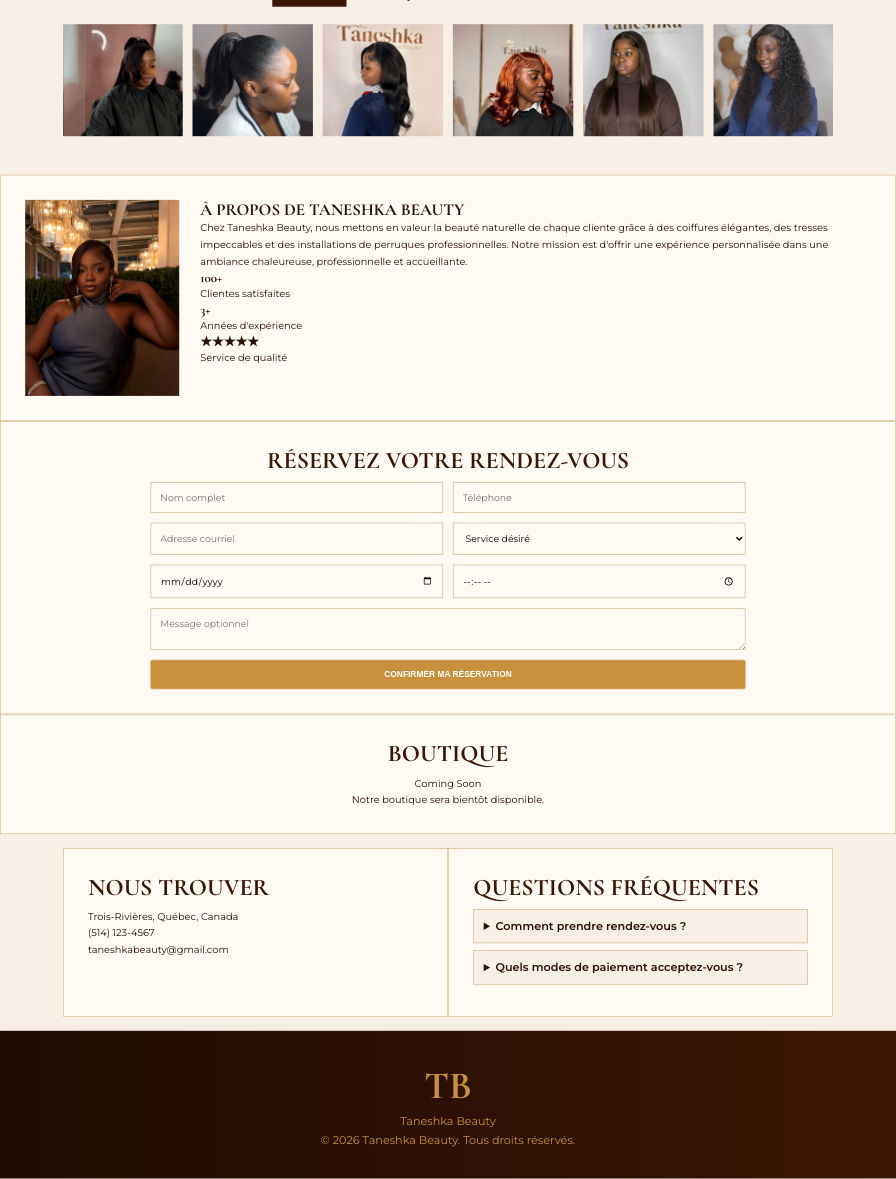
Repository: kngnepi/Taneshka-Beauty-House
Page: index.html
The author's editor kept a copy of each file at every save. The page is drawn from the files as they stood at one save, then again after the next save.
The browser window is 1280 px wide. The pictures show the part of the page from y = 1461 to 3381 px (the page is 3145 px tall before and 3437 px after), at 70% of full size.

Above is the page before, as saved 2026-06-24 22:13:35.

### index.html
<!DOCTYPE html>
<html lang="fr">
<head>
  <meta charset="UTF-8" />
  <meta name="viewport" content="width=device-width, initial-scale=1.0" />
  <title>Taneshka Beauty</title>
  <link rel="stylesheet" href="style.css" />
</head>
<body>

  <!-- NAVBAR -->
  <header class="navbar">
    <div class="logo">
      <span>TB</span>
      <p>TANESHKA BEAUTY</p>
    </div>

    <nav>
      <a href="#home">Accueil</a>
      <a href="#services">Services</a>
      <a href="#portfolio">Portfolio</a>
      <a href="#about">À propos</a>
      <a href="#booking">Réservation</a>
      <a href="#products">Boutique</a>
      <a href="#contact">Contact</a>
    </nav>

    <a href="#booking" class="btn-gold">Réserver</a>
  </header>

  <!-- HERO -->
  <section id="home" class="hero">
    <div class="hero-content">
      <h1>TANESHKA<br>BEAUTY</h1>
      <p class="tagline">Élégance • Confiance • Beauté</p>
      <p class="hero-text">
        Spécialiste en perruques, tresses et coiffures protectrices.
      </p>

      <div class="hero-buttons">
        <a href="#booking" class="btn-gold">Réserver un rendez-vous</a>
        <a href="#portfolio" class="btn-outline">Voir nos réalisations</a>
      </div>
    </div>
  </section>

  <!-- SERVICES -->
  <section id="services" class="section">
    <h2>Nos Services</h2>
    <p class="section-subtitle">Des prestations adaptées à votre style et à vos besoins.</p>

    <div class="services-grid">
      <div class="service-card">
        <div class="service-img"></div>
        <div>
          <h3>Perruques</h3>
          <ul>
            <li>Installation</li>
            <li>Retrait</li>
            <li>Revamp</li>
            <li>Customisation</li>
          </ul>
          <p>À partir de 60$</p>
          <a href="#booking" class="btn-dark">Réserver</a>
        </div>
      </div>

      <div class="service-card">
        <div class="service-img"></div>
        <div>
          <h3>Tresses</h3>
          <ul>
            <li>Knotless Braids</li>
            <li>Boho Braids</li>
            <li>Tribal Braids</li>
            <li>Cornrows</li>
          </ul>
          <p>À partir de 80$</p>
          <a href="#booking" class="btn-dark">Réserver</a>
        </div>
      </div>

      <div class="service-card">
        <div class="service-img"></div>
        <div>
          <h3>Coiffures</h3>
          <ul>
            <li>Ponytail</li>
            <li>Wig Styling</li>
            <li>Butterfly Locs</li>
            <li>Twists</li>
          </ul>
          <p>À partir de 50$</p>
          <a href="#booking" class="btn-dark">Réserver</a>
        </div>
      </div>
    </div>
  </section>

  <!-- PORTFOLIO -->
  <section id="portfolio" class="section">
    <h2>Nos Réalisations</h2>

    <div class="portfolio-filters">
      <button>Tout</button>
      <button>Perruques</button>
      <button>Tresses</button>
      <button>Ponytails</button>
      <button>Locs</button>
    </div>

    <div class="portfolio-grid">
      <div class="portfolio-item"></div>
      <div class="portfolio-item"></div>
      <div class="portfolio-item"></div>
      <div class="portfolio-item"></div>
      <div class="portfolio-item"></div>
      <div class="portfolio-item"></div>
    </div>
  </section>

  <!-- ABOUT + REVIEWS -->
  <div id="about" class="about-box">
  <div class="about-img"></div>

  <div class="about-content">
    <h2>À propos de Taneshka Beauty</h2>
    <p>
      Chez Taneshka Beauty, nous mettons en valeur la beauté naturelle de chaque cliente
      grâce à des coiffures élégantes, des tresses impeccables et des installations de
      perruques professionnelles. Notre mission est d'offrir une expérience personnalisée
      dans une ambiance chaleureuse, professionnelle et accueillante.
    </p>

    <div class="about-stats">
      <div>
        <h3>100+</h3>
        <p>Clientes satisfaites</p>
      </div>

      <div>
        <h3>3+</h3>
        <p>Années d'expérience</p>
      </div>

      <div>
        <h3>★★★★★</h3>
        <p>Service de qualité</p>
      </div>
    </div>
  </div>
</div>

  <!-- BOOKING -->
  <section id="booking" class="section booking-section">
    <h2>Réservez votre rendez-vous</h2>

    <form class="booking-form">
      <input type="text" placeholder="Nom complet" />
      <input type="tel" placeholder="Téléphone" />
      <input type="email" placeholder="Adresse courriel" />
      <select>
        <option>Service désiré</option>
        <option>Perruques</option>
        <option>Tresses</option>
        <option>Coiffures</option>
      </select>
      <input type="date" />
      <input type="time" />
      <textarea placeholder="Message optionnel"></textarea>

      <button type="submit" class="btn-gold">Confirmer ma réservation</button>
    </form>
  </section>

  <!-- PRODUCTS -->
  <section id="products" class="section products-section">
    <h2>Boutique</h2>
    <p>Coming Soon</p>
    <p>Notre boutique sera bientôt disponible.</p>
  </section>

  <!-- LOCATION + FAQ -->
  <section id="contact" class="split-section">
    <div class="location-box">
      <h2>Nous trouver</h2>
      <p>Trois-Rivières, Québec, Canada</p>
      <p>(514) 123-4567</p>
      <p>taneshkabeauty@gmail.com</p>
    </div>

    <div class="faq-box">
      <h2>Questions fréquentes</h2>
      <details>
        <summary>Comment prendre rendez-vous ?</summary>
        <p>Vous pouvez réserver via le formulaire ou nous contacter sur Instagram.</p>
      </details>
      <details>
        <summary>Quels modes de paiement acceptez-vous ?</summary>
        <p>Espèces et virement Interac.</p>
      </details>
    </div>
  </section>

  <!-- FOOTER -->
  <footer>
    <h2>TB</h2>
    <p>Taneshka Beauty</p>
    <p>© 2026 Taneshka Beauty. Tous droits réservés.</p>
  </footer>

</body>
</html>

### style.css
@import url('https://fonts.googleapis.com/css2?family=Cormorant+Garamond:wght@500;600;700&family=Montserrat:wght@300;400;500;600&display=swap');

:root {
  --brown: #3b1605;
  --dark-brown: #1f0c03;
  --gold: #c9913d;
  --cream: #f7efe6;
  --light-cream: #fffaf4;
  --text: #2b1206;
  --border: #d8b98c;
}

* {
  margin: 0;
  padding: 0;
  box-sizing: border-box;
}

body {
  background: var(--cream);
  color: var(--text);
  font-family: "Montserrat", sans-serif;
}

h1, h2, h3 {
  font-family: "Cormorant Garamond", serif;
  text-transform: uppercase;
}

section {
  padding: 55px 7%;
}

.navbar {
  background: rgba(31, 12, 3, 0.95);
  color: white;
  height: 85px;
  padding: 0 7%;
  display: flex;
  align-items: center;
  justify-content: space-between;
}

.logo span {
  color: var(--gold);
  font-family: "Cormorant Garamond", serif;
  font-size: 38px;
  font-weight: 700;
}

.logo p {
  color: var(--gold);
  font-size: 13px;
  letter-spacing: 1px;
}

nav {
  display: flex;
  gap: 30px;
}

nav a {
  color: white;
  text-decoration: none;
  font-size: 13px;
  text-transform: uppercase;
}

.btn-gold,
.btn-outline,
.btn-dark {
  display: inline-block;
  padding: 13px 24px;
  text-decoration: none;
  text-transform: uppercase;
  font-size: 12px;
  font-weight: 600;
  border-radius: 3px;
}

.btn-gold {
  background: var(--gold);
  color: white;
  border: 1px solid var(--gold);
}

.btn-outline {
  border: 1px solid var(--gold);
  color: white;
}

.btn-dark {
  background: var(--brown);
  color: white;
  margin-top: 15px;
}

.hero {
  min-height: 720px;
  background:
    linear-gradient(to right, rgba(20, 7, 2, 0.95) 0%, rgba(20, 7, 2, 0.75) 38%, rgba(20, 7, 2, 0.25) 70%),
    url("images/hero.jpg");
  background-size: cover;
  background-position: center 35%;
  display: flex;
  align-items: center;
}

.hero-content {
  max-width: 620px;
  margin-top: 40px;
}

.hero h1 {
  color: var(--gold);
  font-size: 92px;
  line-height: 0.9;
}

.tagline {
  color: white;
  font-family: "Cormorant Garamond", serif;
  font-size: 28px;
  font-style: italic;
  margin: 20px 0;
}

.hero-text {
  color: white;
  font-size: 18px;
  line-height: 1.6;
}

.hero-buttons {
  display: flex;
  gap: 20px;
  margin-top: 30px;
}

.section {
  text-align: center;
}

.section h2,
.split-section h2 {
  font-size: 34px;
  color: var(--brown);
  margin-bottom: 10px;
}

.section-subtitle {
  margin-bottom: 35px;
  font-size: 14px;
}

.services-grid {
  display: grid;
  grid-template-columns: repeat(3, 1fr);
  gap: 25px;
}

.service-card {
  background: var(--light-cream);
  border: 1px solid var(--border);
  display: grid;
  grid-template-columns: 1fr 1fr;
  text-align: left;
  min-height: 260px;
}

.service-img,
.portfolio-item,
.about-img {
  background: #d6c3ad;
  background-size: cover;
  background-position: center;
}

.service-card:nth-child(1) .service-img {
  background-image: url("images/service-wig.jpg");
}

.service-card:nth-child(2) .service-img {
  background-image: url("images/service-braids.jpg");
}

.service-card:nth-child(3) .service-img {
  background-image: url("images/service-hair.jpg");
}

.service-card div:last-child {
  padding: 28px;
}

.service-card h3 {
  font-size: 24px;
  margin-bottom: 15px;
}

.service-card li {
  margin-bottom: 8px;
  font-size: 14px;
}

.portfolio-filters {
  display: flex;
  justify-content: center;
  gap: 35px;
  margin: 25px 0;
}

.portfolio-filters button {
  background: transparent;
  border: none;
  text-transform: uppercase;
  cursor: pointer;
}

.portfolio-filters button:first-child {
  background: var(--brown);
  color: white;
  padding: 8px 35px;
}

.portfolio-grid {
  display: grid;
  grid-template-columns: repeat(6, 1fr);
  gap: 14px;
}

.portfolio-item {
  height: 160px;
}

.portfolio-item:nth-child(1) {
  background-image: url("images/portfolio-1.jpg");
}

.portfolio-item:nth-child(2) {
  background-image: url("images/portfolio-2.jpg");
}

.portfolio-item:nth-child(3) {
  background-image: url("images/portfolio-3.jpg");
}

.portfolio-item:nth-child(4) {
  background-image: url("images/portfolio-4.jpg");
}

.portfolio-item:nth-child(5) {
  background-image: url("images/portfolio-5.jpg");
}

.portfolio-item:nth-child(6) {
  background-image: url("images/portfolio-6.jpg");
}

.split-section {
  padding: 20px 7%;
  display: grid;
  grid-template-columns: 1fr 1fr;
  gap: 0;
}

.about-box,
.reviews-box,
.location-box,
.faq-box,
.booking-section,
.products-section {
  background: var(--light-cream);
  border: 1px solid var(--border);
  padding: 35px;
}

.about-box {
  display: grid;
  grid-template-columns: 220px 1fr;
  gap: 30px;
  text-align: left;
}

.about-img {
  min-height: 280px;
  background-image: url("images/about.jpg");
}

.about-box p,
.review-card p,
.location-box p,
.products-section p,
.faq-box p {
  font-size: 14px;
  line-height: 1.7;
}

.reviews-box {
  text-align: center;
}

.review-card {
  border: 1px solid var(--border);
  padding: 25px;
  margin-top: 20px;
  text-align: left;
}

.review-card:first-of-type p:first-child {
  color: var(--gold);
  font-size: 20px;
}

.booking-form {
  max-width: 850px;
  margin: auto;
  display: grid;
  grid-template-columns: 1fr 1fr;
  gap: 14px;
}

.booking-form input,
.booking-form select,
.booking-form textarea {
  padding: 13px;
  border: 1px solid var(--border);
  background: var(--light-cream);
  font-family: "Montserrat", sans-serif;
}

.booking-form textarea,
.booking-form button {
  grid-column: span 2;
}

.products-section {
  text-align: center;
}

.products-section h2 {
  color: var(--brown);
}

.location-box {
  text-align: left;
}

.faq-box details {
  border: 1px solid var(--border);
  margin-bottom: 10px;
  padding: 14px;
  background: var(--cream);
}

.faq-box summary {
  cursor: pointer;
  font-weight: 600;
}

footer {
  background: linear-gradient(to right, var(--dark-brown), var(--brown));
  color: white;
  text-align: center;
  padding: 45px 7%;
}

footer h2 {
  color: var(--gold);
  font-size: 55px;
}

footer p {
  color: var(--gold);
  margin-top: 8px;
}

@media (max-width: 900px) {
  .navbar {
    height: auto;
    flex-direction: column;
    padding: 20px;
    gap: 20px;
  }

  nav {
    flex-wrap: wrap;
    justify-content: center;
  }

  .hero h1 {
    font-size: 55px;
  }

  .services-grid,
  .split-section {
    grid-template-columns: 1fr;
  }

  .service-card,
  .about-box {
    grid-template-columns: 1fr;
  }

  .portfolio-grid {
    grid-template-columns: repeat(2, 1fr);
  }

  .booking-form {
    grid-template-columns: 1fr;
  }

  .booking-form textarea,
  .booking-form button {
    grid-column: span 1;
  }
}

After the next save:
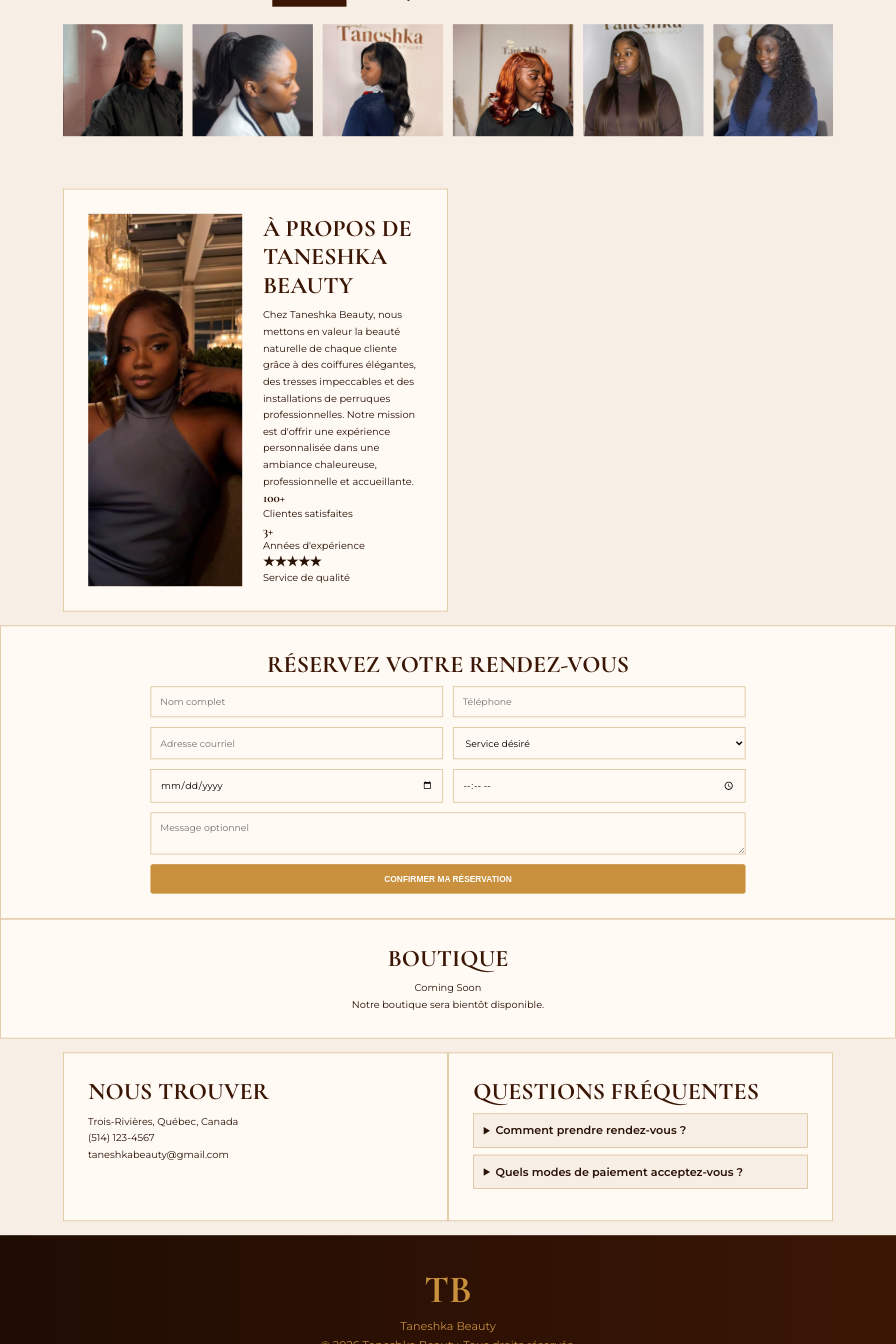
Saved 45 s later.
--- a/index.html
+++ b/index.html
@@ -120,7 +120,8 @@
   </section>
 
   <!-- ABOUT + REVIEWS -->
-  <div id="about" class="about-box">
+  <section class="split-section">
+    <div id="about" class="about-box">
   <div class="about-img"></div>
 
   <div class="about-content">
@@ -150,6 +151,7 @@
     </div>
   </div>
 </div>
+  </section>
 
   <!-- BOOKING -->
   <section id="booking" class="section booking-section">
